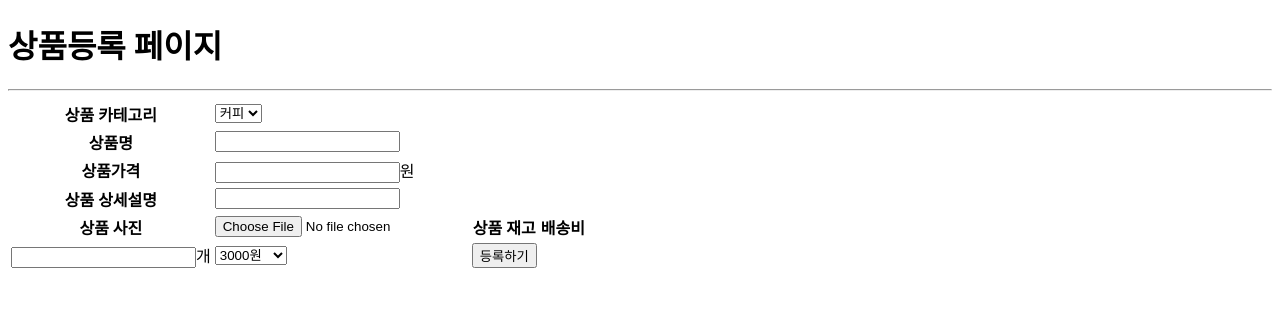
Repository: HJK0000/shoppingMallPrj
Page: http://localhost/shoppingMall/WEB-INF/views/admin/productRegistForm.jsp
An editor plug-in stored every save of this project. The page is shown before and after a run of saves, followed by the edit.
The browser window is 1280 px wide. The pictures show the whole page.
The page is served by Tomcat 10. Nobody is signed in. The template is opened directly, without the code that normally fills it, so the values that code supplies are empty.

Above is the page before, as saved 2024-05-29 03:28:28.
Console error: SyntaxError: Invalid or unexpected token

After the next 2 saves:
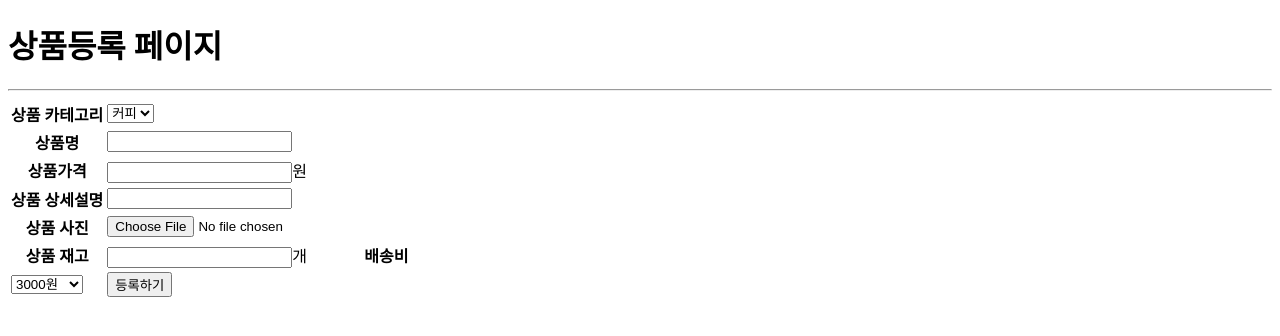
The 2 saves are shown as one change because they came seconds apart.
The last was saved 13 s later.
--- a/shoppingMall/src/main/webapp/WEB-INF/views/admin/productRegistForm.jsp
+++ b/shoppingMall/src/main/webapp/WEB-INF/views/admin/productRegistForm.jsp
@@ -38,7 +38,10 @@
 			<tr>
 				<th>상품 사진</th>
 				<td><input type="file" name="file"></td>
+			</tr>
+			<tr>
 				<th>상품 재고</th>
+				<td><input type="text" name="stock_count" required="required">개</td>
 				<th>배송비</th>
 			</tr>
 			</thead>
@@ -49,7 +52,7 @@
 
 
 
-					<td><input type="text" name="stock_count" required="required">개</td>
+
 					<td><select id="sortOptions"><option value="3000원">3000원</option>
 							<option value="무료배송">무료배송</option></select></td>
 					<td><input type="submit" value="등록하기" onclick="submitForm2()" /></td>
